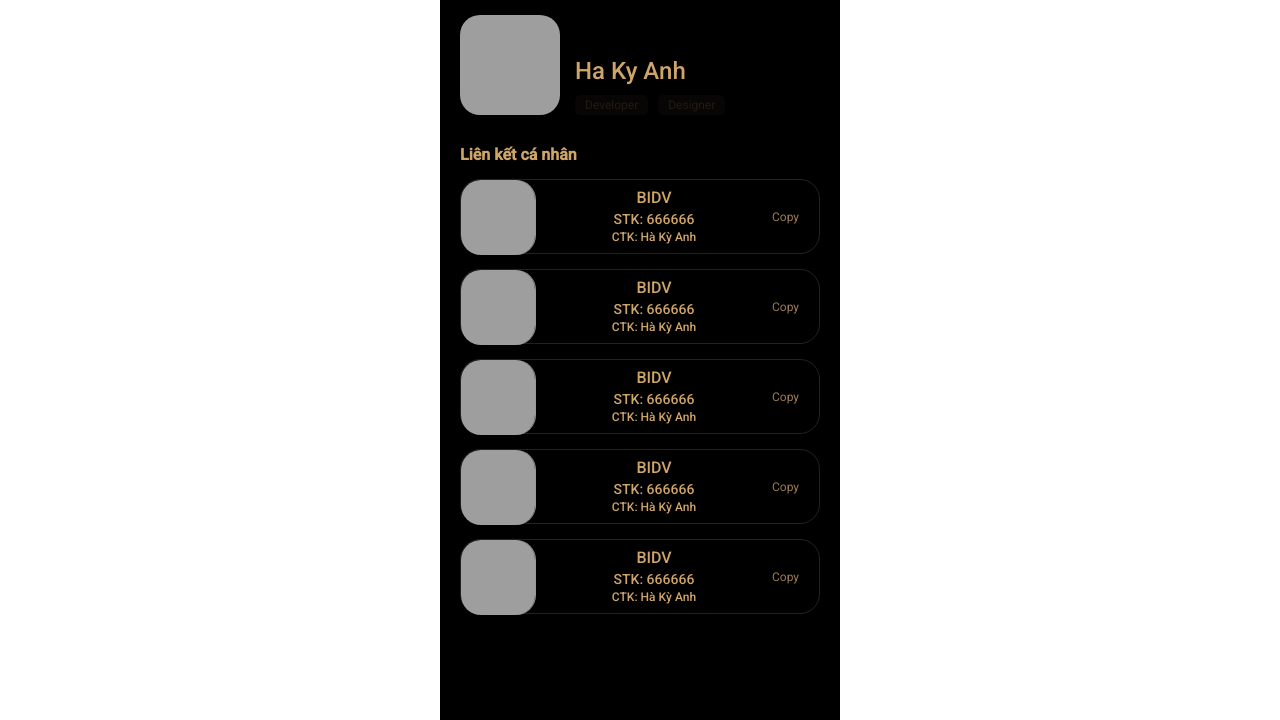
Repository: yzarc204/nguyen-tien-viet-hoang
Page: thong-tin-thanh-toan/index.html
These files come from the project's save history. The page is drawn as it stood at one moment and after the next save; the edit follows.
The browser window is 1280 px wide. The pictures show the whole page.
Pictures or frames that could not be fetched are drawn as grey boxes.

Above is the page before, as saved 2021-09-27 11:07:49.

After the next save:
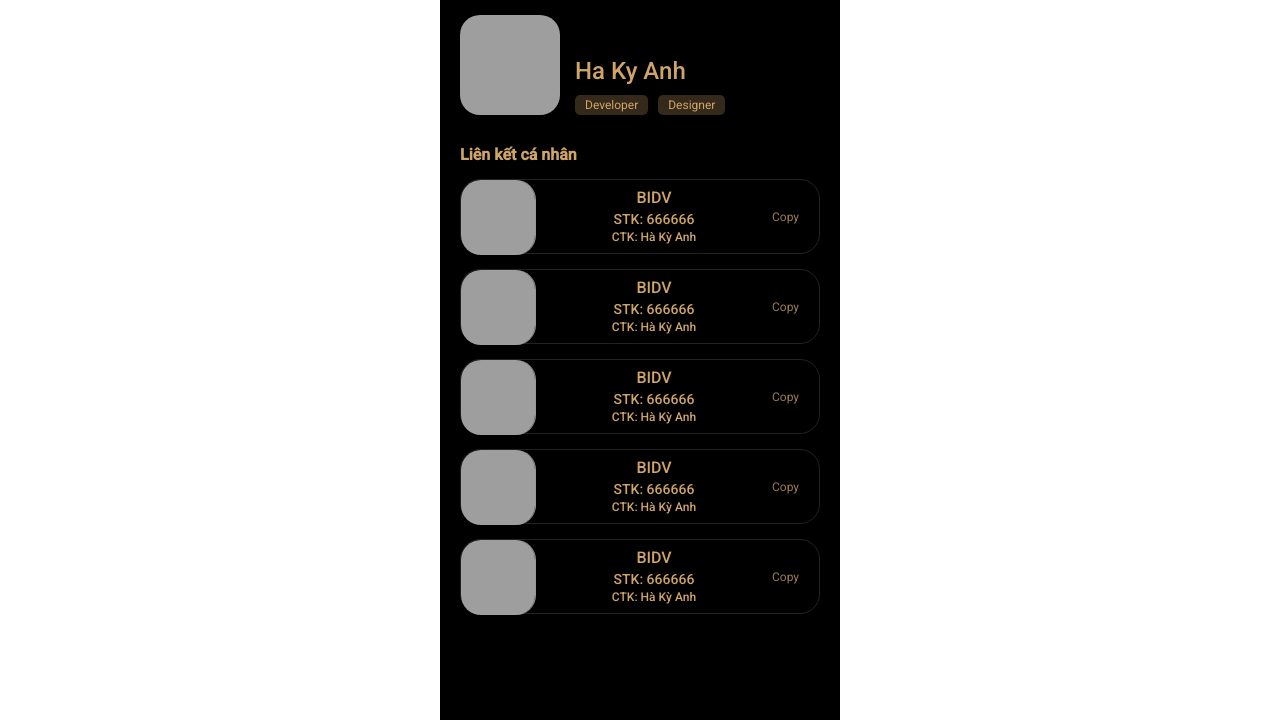
Saved 4 s later.
--- a/thong-tin-thanh-toan/public/css/index.css
+++ b/thong-tin-thanh-toan/public/css/index.css
@@ -56,7 +56,7 @@ body {
 .skill-tag{
     padding: 3px 10px;
     margin-right: 10px;
-    color: var(--secondary-color);
+    color: var(--primary-color);
     font-size: 12px;
     position: relative;
     display: none;
